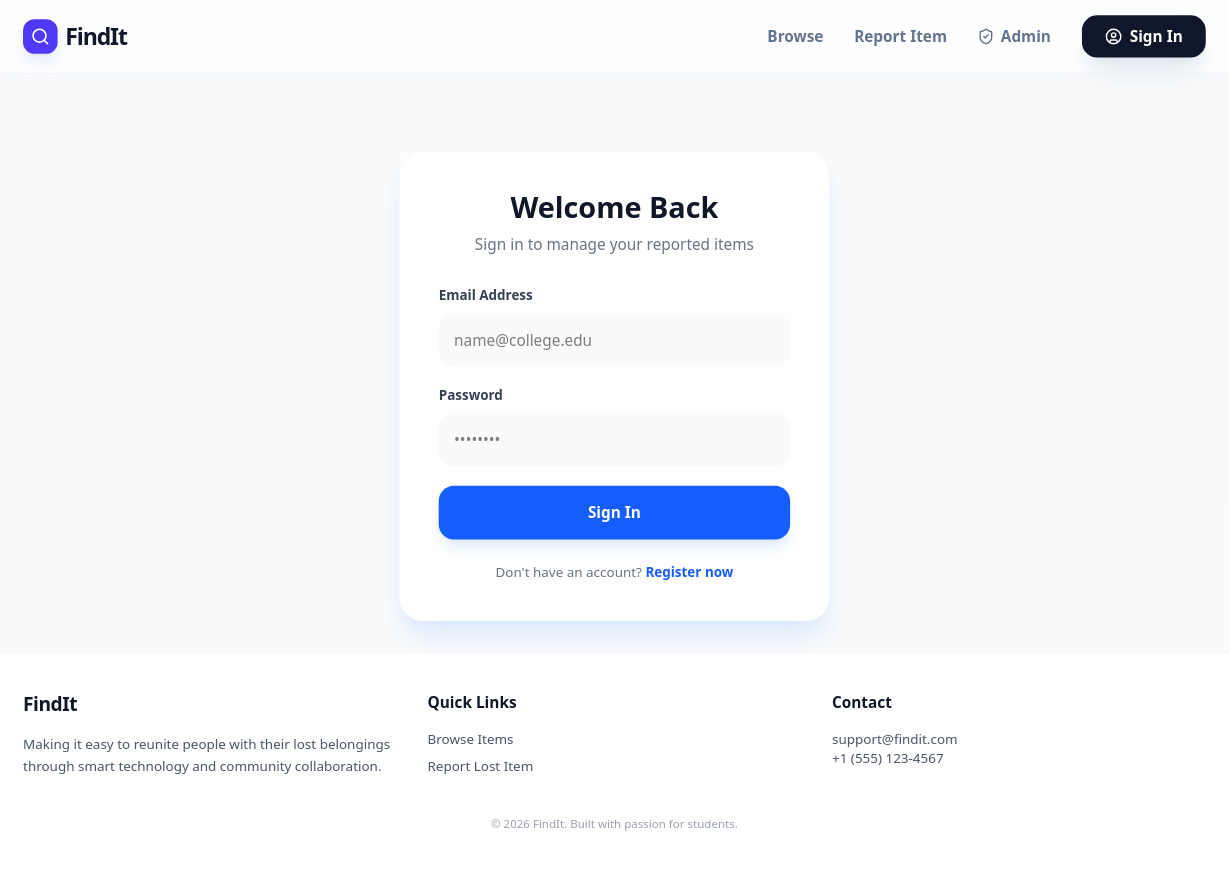
Repository: roygaurav007/lost-and-found
Page: /login (app in Frontend/client/)
An editor plug-in stored every save of this project. The page is shown before and after a run of saves, followed by the edit.
The browser window is 1280 px wide. The pictures show the whole page, at 96% of full size.
The project was rebuilt for these pictures with package versions that can differ from the ones it lists, and the page was loaded fresh each time. Also part of the build but not shown: Frontend/client/vite.config.js, Frontend/client/src/pages/Home.jsx, Frontend/client/src/utils/formSchemas.js, Frontend/client/src/pages/ReportItem.jsx, Frontend/client/src/pages/BrowseItems.jsx, Frontend/client/src/pages/AdminDashboard.jsx.

Above is the page before, as saved 2026-02-02 16:20:33.

After the next 2 saves:
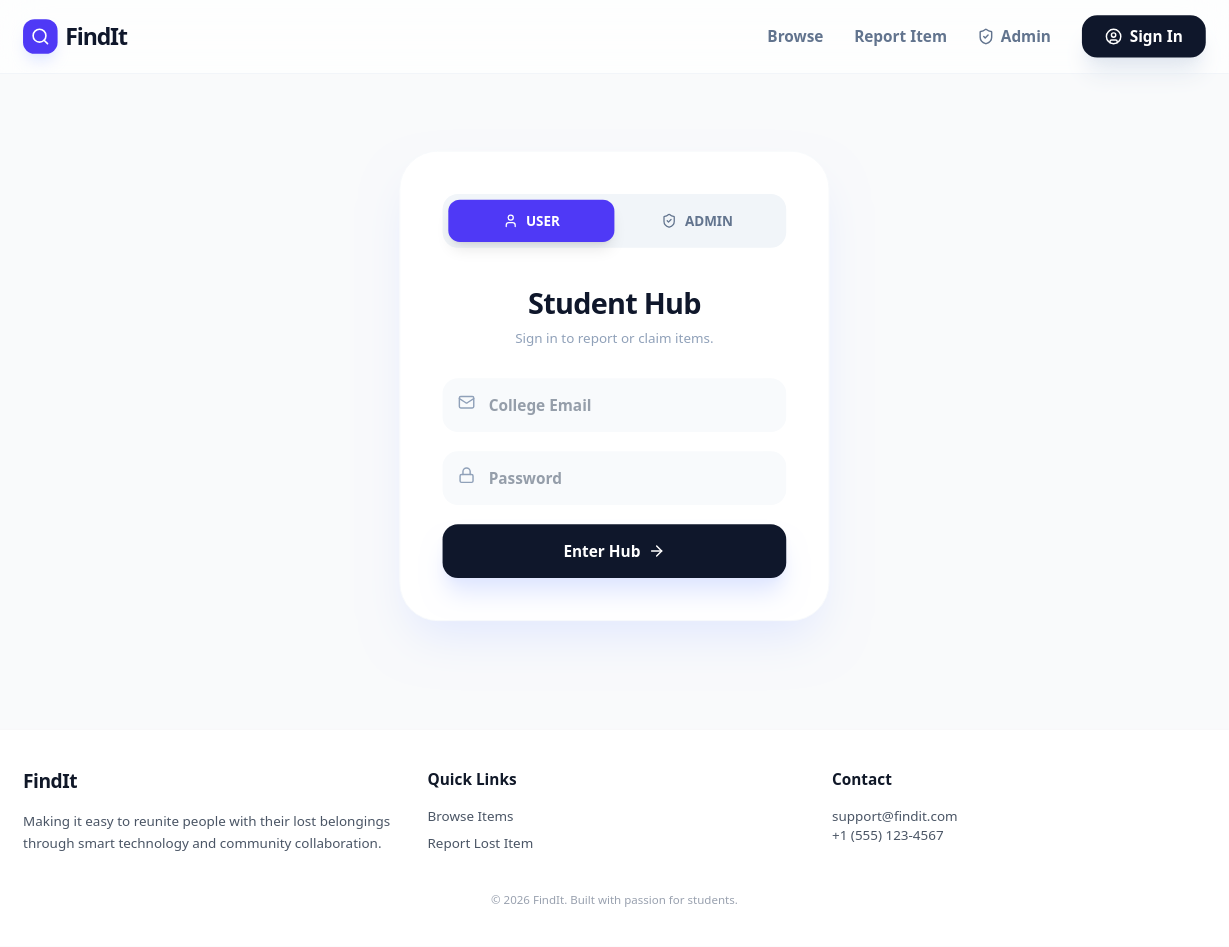
The 2 saves are shown as one change because they came seconds apart.
The last was saved 11 min 5 s later.
--- a/Frontend/client/src/pages/Login.jsx
+++ b/Frontend/client/src/pages/Login.jsx
@@ -1,28 +1,75 @@
+import { useState } from 'react';
+import { motion, AnimatePresence } from 'framer-motion';
+import { User, ShieldCheck, Lock, Mail, ArrowRight } from 'lucide-react';
+import toast from 'react-hot-toast';
+
 const Login = () => {
+  const [role, setRole] = useState('user'); // 'user' or 'admin'
+
+  const handleLogin = (e) => {
+    e.preventDefault();
+    if (role === 'admin') {
+      toast.success("Admin Portal Accessed");
+      // Logic to redirect to /admin will go here
+    } else {
+      toast.success("Welcome, User!");
+      // Logic to redirect to /report will go here
+    }
+  };
+
   return (
-    <div className="max-w-md mx-auto mt-12 bg-white p-10 rounded-3xl shadow-xl shadow-blue-100 border border-gray-50">
-      <div className="text-center mb-8">
-        <h2 className="text-3xl font-bold text-gray-900">Welcome Back</h2>
-        <p className="text-gray-500 mt-2">Sign in to manage your reported items</p>
-      </div>
+    <div className="max-w-md mx-auto mt-12 mb-20">
+      <motion.div
+        initial={{ opacity: 0, y: 20 }} animate={{ opacity: 1, y: 0 }}
+        className="bg-white p-1 rounded-[2.5rem] shadow-2xl shadow-indigo-100 border border-slate-50"
+      >
+        <div className="bg-white p-10 rounded-[2.3rem]">
+          {/* Role Switcher */}
+          <div className="flex bg-slate-100 p-1.5 rounded-2xl mb-10 relative">
+            <motion.div
+              animate={{ x: role === 'user' ? 0 : '100%' }}
+              className="absolute top-1.5 bottom-1.5 left-1.5 w-[calc(50%-6px)] bg-indigo-600 rounded-xl shadow-lg"
+            />
+            <button
+              onClick={() => setRole('user')}
+              className={`flex-1 py-3 text-sm font-black z-10 transition-colors flex items-center justify-center gap-2 ${role === 'user' ? 'text-white' : 'text-slate-500'}`}
+            >
+              <User size={16} /> USER
+            </button>
+            <button
+              onClick={() => setRole('admin')}
+              className={`flex-1 py-3 text-sm font-black z-10 transition-colors flex items-center justify-center gap-2 ${role === 'admin' ? 'text-white' : 'text-slate-500'}`}
+            >
+              <ShieldCheck size={16} /> ADMIN
+            </button>
+          </div>
 
-      <form className="space-y-5">
-        <div>
-          <label className="block text-sm font-bold text-gray-700 mb-2">Email Address</label>
-          <input type="email" className="w-full p-4 bg-gray-50 border-none rounded-2xl focus:ring-2 focus:ring-blue-500 transition outline-none" placeholder="name@college.edu" />
+          <div className="text-center mb-8">
+            <h2 className="text-3xl font-black text-slate-900 tracking-tight">
+              {role === 'admin' ? 'Staff Portal' : 'Student Hub'}
+            </h2>
+            <p className="text-slate-400 font-medium text-sm mt-2">
+              {role === 'admin' ? 'Secure access for verifiers only.' : 'Sign in to report or claim items.'}
+            </p>
+          </div>
+
+          <form onSubmit={handleLogin} className="space-y-5">
+            <div className="relative">
+              <Mail className="absolute left-4 top-4 text-slate-400" size={18} />
+              <input type="email" placeholder="College Email" className="w-full p-4 pl-12 bg-slate-50 border-none rounded-2xl focus:ring-2 focus:ring-indigo-500 outline-none font-bold text-slate-700 transition" required />
+            </div>
+            <div className="relative">
+              <Lock className="absolute left-4 top-4 text-slate-400" size={18} />
+              <input type="password" placeholder="Password" className="w-full p-4 pl-12 bg-slate-50 border-none rounded-2xl focus:ring-2 focus:ring-indigo-500 outline-none font-bold text-slate-700 transition" required />
+            </div>
+
+            <button type="submit" className="group w-full bg-slate-900 text-white py-4 rounded-2xl font-black flex items-center justify-center gap-2 hover:bg-indigo-600 hover:-translate-y-1 transition-all active:scale-95 shadow-xl shadow-indigo-100">
+              {role === 'admin' ? 'Unlock Dashboard' : 'Enter Hub'}
+              <ArrowRight size={18} className="group-hover:translate-x-1 transition-transform" />
+            </button>
+          </form>
         </div>
-        <div>
-          <label className="block text-sm font-bold text-gray-700 mb-2">Password</label>
-          <input type="password" className="w-full p-4 bg-gray-50 border-none rounded-2xl focus:ring-2 focus:ring-blue-500 transition outline-none" placeholder="••••••••" />
-        </div>
-        <button className="w-full bg-blue-600 text-white py-4 rounded-2xl font-bold hover:bg-blue-700 hover:-translate-y-1 transition-all shadow-lg shadow-blue-100">
-          Sign In
-        </button>
-      </form>
-
-      <p className="text-center mt-6 text-gray-500 text-sm">
-        Don't have an account? <span className="text-blue-600 font-bold cursor-pointer">Register now</span>
-      </p>
+      </motion.div>
     </div>
   );
 };
